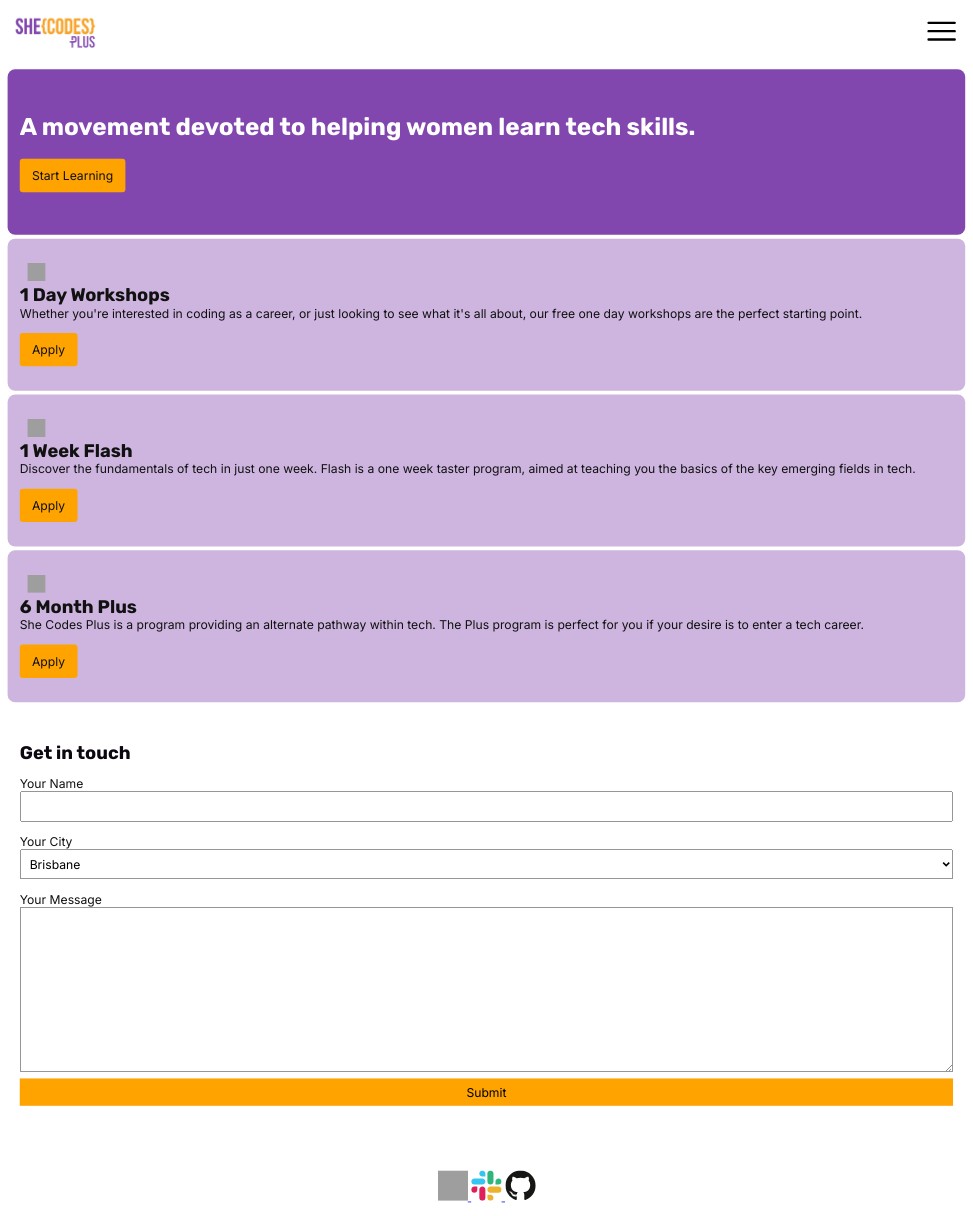
Repository: devashrisamani/website_shecodes_week1
Page: index.html
The author's editor kept a copy of each file at every save. The page is drawn from the files as they stood at one save, then again after the next save.
The browser window is 1280 px wide. The pictures show the whole page, at 76% of full size.
Pictures or frames that could not be fetched are drawn as grey boxes.

Above is the page before, as saved 2025-09-20 10:50:40.

### index.html
<!DOCTYPE html>
<html lang="en">
  <head>
    <meta charset="UTF-8" />
    <meta name="viewport" content="width=device-width, initial-scale=1.0" />
    <title>Document</title>
    <link rel="stylesheet" href="style.css" />
  </head>

  <body>
    <header>
      <div class="mobile-header">
        <img src="./img/logo.png" alt="The She Codes Logo" class="logo" />
        <button type="button" class="hamburger-button">
          <img
            class="hamburger-icon"
            src="./img/hamburger.svg"
            alt="Three horizontal lines, positioned one above the other."
          />
        </button>
      </div>
      <nav class="desktop-nav" aria-label="Primary">
        <ul>
          <li>
            <a href="">Coders</a>
          </li>
          <li>
            <a href="">Mentors</a>
          </li>
          <li>
            <a href="">Partners</a>
          </li>
          <li>
            <a href="">Blog</a>
          </li>
          <li>
            <a href="">Contact</a>
          </li>
        </ul>
      </nav>
      <nav class="mobile-nav display-none" aria-label="Primary">
        <ul>
          <li>
            <a href="">Coders</a>
          </li>
          <li>
            <a href="">Mentors</a>
          </li>
          <li>
            <a href="">Partners</a>
          </li>
          <li>
            <a href="">Blog</a>
          </li>
          <li>
            <a href="">Contact</a>
          </li>
        </ul>
      </nav>
    </header>
    <section class="hero">
      <h1>A movement devoted to helping women learn tech skills.</h1>
      <a href="#" class="btn-primary">Start Learning</a>
    </section>
    <section class="articles-container">
      <article>
        <img
          class="icon"
          src="./img/tools.svg"
          alt="A wrench and a screwdriver, lying crossed over one another diagonally"
        />
        <h2>1 Day Workshops</h2>
        <p>
          Whether you're interested in coding as a career, or just looking to
          see what it's all about, our free one day workshops are the perfect
          starting point.
        </p>
        <a href="#" class="btn-primary">Apply</a>
      </article>
      <article>
        <img
          class="icon"
          src="./img/lightning.svg"
          alt="A jagged lightning bolt, thick at the top and sharp at the bottom"
        />
        <h2>1 Week Flash</h2>
        <p>
          Discover the fundamentals of tech in just one week. Flash is a one
          week taster program, aimed at teaching you the basics of the key
          emerging fields in tech.
        </p>
        <a href="#" class="btn-primary">Apply</a>
      </article>
      <article>
        <img
          class="icon"
          src="./img/plus.svg"
          alt="A plus sign formed by a horizontal line intersecting a vertical line"
        />
        <h2>6 Month Plus</h2>
        <p>
          She Codes Plus is a program providing an alternate pathway within
          tech. The Plus program is perfect for you if your desire is to enter a
          tech career.
        </p>
        <a href="#" class="btn-primary">Apply</a>
      </article>
    </section>
    <section class="contact-form">
      <h2>Get in touch</h2>
      <form>
        <label for="your-name">Your Name</label>
        <input type="text" id="your-name" />
        <label for="city">Your City</label>
        <select name="city-selection" id="city">
          <option value="Brisbane">Brisbane</option>
          <option value="Perth">Perth</option>
          <option value="Moon">The Moon</option>
        </select>
        <label for="message">Your Message</label>
        <textarea name="message-text" id="message" rows="10"></textarea>
        <input type="submit" value="Submit" />
      </form>
    </section>
    <footer>
      <a
        href="https://www.instagram.com/shecodesaus/"
        title="@shecodesaus on Instagram"
      >
        <img
          class="socials-icon"
          src="./img/instagram.svg"
          alt="The Instagram logo: a rounded square camera with a purple-orange gradient filling the lines"
        />
      </a>
      <a
        href="https://join.slack.com/t/shecodesaus/shared_invite/enQtNzQ3ODk1OTQzODc3LTQ2ZWFmNzM0NjE1MjA0NTI3YjJkMWMyYWVjMDU3ZThhODJmMTk4YmRjZGMzZDRhZDBhODQwNzdlYmJhNDg1YjE"
      >
        <img
          class="socials-icon"
          src="./img/slack.svg"
          alt="The Slack logo: a colourful deconstructed hashtag"
        />
      </a>
      <a href="https://github.com/SheCodesAus/">
        <img
          class="socials-icon"
          src="./img/github.svg"
          alt="The Github logo: a black circle with the silhouette of a white cat, with one tentacle arm"
        />
      </a>
    </footer>
  </body>
</html>

### style.css
/* Base HTML Styles */
/* Always style in the increments of 4 for margin, padding and border*/
@import url("https://fonts.googleapis.com/css2?family=Inter&family=Rubik:ital,wght@0,400;0,700;1,400&display=swap");
:root {
  --brand: #8246af;
  --action: #ffa300;
  --white: #ffffff;
  --base-light: #cdb5df;
  --base-dark: #0d0711;
  --black: #111111;
}

/* CSS Reset */

html {
  box-sizing: border-box;
  font-size: 16px; /*1rem = 16px*/
  font-family: "Inter", sans-serif;
  color: var(--black);
  scroll-behavior: smooth;
}

*,
*:before,
*:after {
  box-sizing: inherit;
}

h1,
h2,
h3,
h4,
h5,
h6 {
  font-family: "Rubik", sans-serif;
}

body,
h1,
h2,
h3,
h4,
h5,
h6,
p,
ol,
ul {
  margin: 0;
  padding: 0;
}

ol,
ul {
  list-style: none;
}

/* Max-width: max width of the image is 100% in whichever container it is */
img {
  max-width: 100%;
  height: auto;
}

input,
button,
textarea,
select {
  font: inherit;
}

/* Utilities */
.display-none {
  display: none;
}

/* Components */

/* btn-primary */
.btn-primary {
  padding: 12px 16px;
  display: inline-block;
  text-decoration: none;
  color: var(--black);
  border-radius: 4px;
  background-color: var(--action);
  transition: all 0.3s ease;
}

.btn-primary:hover {
  box-shadow: 10px 5px 5px rgba(0, 0, 0, 0.2);
  transform: translateY(-4px);
}

.btn-primary:hover {
  box-shadow: 10px 5px 5px rgba(0, 0, 0, 0.2);
  transform: translateY(-4px);
}

/* header */
header .mobile-header {
  padding: 16px;
  display: flex;
  align-items: center;
  justify-content: space-between;
}

header button {
  all: unset;
}

/* .logo */
.logo {
  height: 50px;
}

/* .mobile-nav */
.mobile-nav a {
  text-decoration: none;
  color: var(--black);
  display: block;
  padding: 4px 16px;
}

/* .desktop-nav */
.desktop-nav {
  display: none;
}

/* .hamburger-icon  */
.hamburger-icon {
  height: 50px;
}

/* .hero */
.hero {
  background-color: var(--brand);
  padding: 56px 16px;
  border-radius: 10px;
  margin: 5px 10px;
}

.hero h1 {
  font-size: 2rem;
  margin-bottom: 24px;
  color: var(--white);
}

.hero .hero-accent {
  color: var(--action);
}

article {
  padding: 32px 16px;
  background-color: var(--base-light);
  border-radius: 10px;
  margin: 5px 10px;
  transition: all 0.3s ease;
}

article:hover {
  filter: contrast(150%);
}

article .icon {
  height: 24px;
  width: 24px;
  margin-left: 10px;
  margin-right: 10px;
}

article .article-heading h2 {
  margin-bottom: 16px;
  color: var(--base-dark);
}

article p {
  margin-bottom: 16px;
}

/* Contact Form */
.contact-form {
  padding: 48px 16px;
  border-radius: 10px;
  margin: 5px 10px;
}

.contact-form input,
.contact-form select {
  display: block;
  width: 100%;
  padding: 8px;
  margin-bottom: 16px;
}

.contact-form textarea {
  display: block;
  width: 100%;
  padding: 8px;
}

.contact-form label {
  display: block;
  width: 100%;
}

.contact-form h2 {
  color: var(--base-dark);
  margin-bottom: 16px;
}

.contact-form input[type="submit"] {
  background-color: var(--action);
  border: 0;
  margin-top: 8px;
  cursor: pointer;
}

/* footer */
footer {
  padding: 16px;
  text-align: center;
}

.socials-icon {
  width: 40px;
  height: 40px;
}

After the next save:
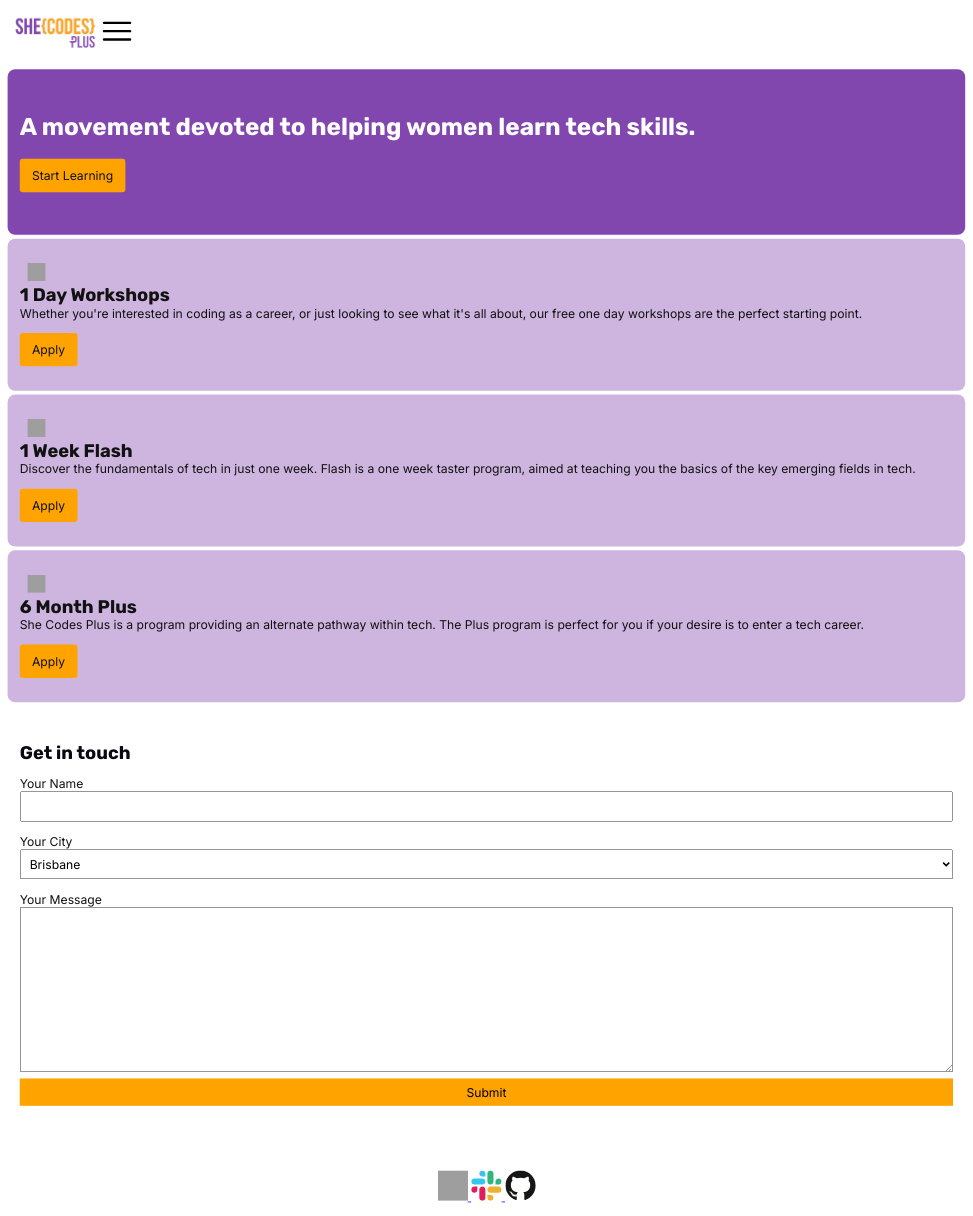
Saved 98 s later.
--- a/style.css
+++ b/style.css
@@ -107,6 +107,14 @@
   all: unset;
 }
 
+@media (min-width: 768px) {
+  header {
+    display: flex;
+    justify-content: space-between;
+    align-items: center;
+  }
+}
+
 /* .logo */
 .logo {
   height: 50px;
